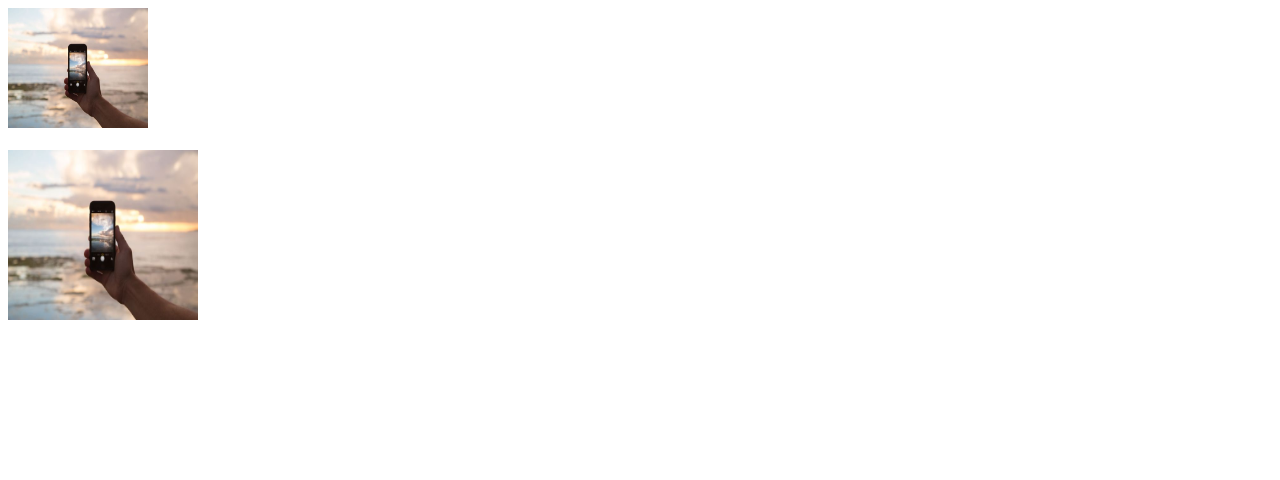
Repository: jwsimhj97/jwork_n
Page: JSPProject/WebContent/03-07/prac02.html
These files come from the project's save history. The page is drawn as it stood at one moment and after the next save; the edit follows.
The browser window is 1280 px wide. The pictures show the whole page.

Above is the page before, as saved 2022-03-07 08:48:32.

### JSPProject/WebContent/03-07/prac02.html
<!DOCTYPE html>
<html>
<head>
<meta charset="UTF-8">
<title>Insert title here</title>
<style>
	img { width: 140px; height: 120px;}
</style>
<script src="http://code.jquery.com/jquery-3.5.1.min.js"></script>
<script>
	$(function() {
		$('img').eq(1).width(190);
		$('img').eq(1).height(170);
		$(document).on("mousedown", function(event) {
			 // event.which : 마우스 클릭위치의 값을 가져온다.
			//  1 : 마우스좌클릭, 2: 휠클릭, 3: 마우스 우클릭
			 var mWhich = event.which;
			 $("#ptxt").empty();

			if(mWhich<=2){
				$("#ptxt").append("원본 가로사이즈: "+ $('.origin').width() +"px<br>");
				$("#ptxt").append("원본 세로사이즈: "+ $('.origin').height() +"px");
			}else{
				$("#ptxt").append("확대 가로사이즈: "+ $('.large').width() +"px<br>");
				$("#ptxt").append("확대 세로사이즈: "+ $('.large').height() +"px");
			}
		});
	});
</script>
</head>

<body>
	<img src="img/cellphone.jpg" class="origin"><br><br>
	<img src="img/cellphone.jpg" class="large">
	<p id="ptxt"></p>
</body>
</html>

After the next save:
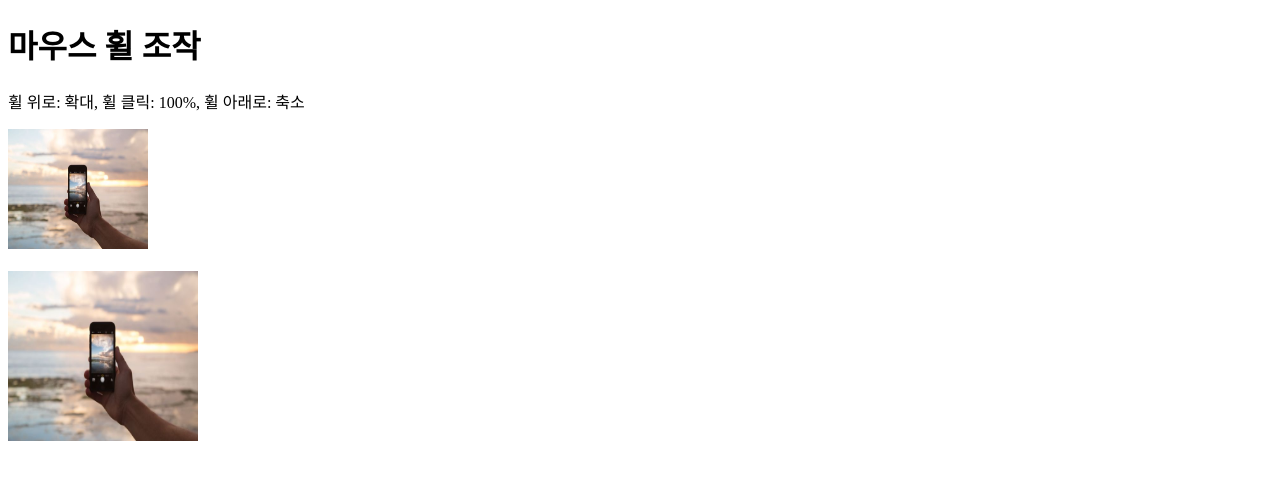
Saved 6 min 51 s later.
--- a/JSPProject/WebContent/03-07/prac02.html
+++ b/JSPProject/WebContent/03-07/prac02.html
@@ -30,6 +30,8 @@
 </head>
 
 <body>
+	<h1>마우스 휠 조작</h1>
+	<p class="info">휠 위로: <span>확대</span>, 휠 클릭: <span>100%</span>, 휠 아래로: <span>축소</span></p>
 	<img src="img/cellphone.jpg" class="origin"><br><br>
 	<img src="img/cellphone.jpg" class="large">
 	<p id="ptxt"></p>
